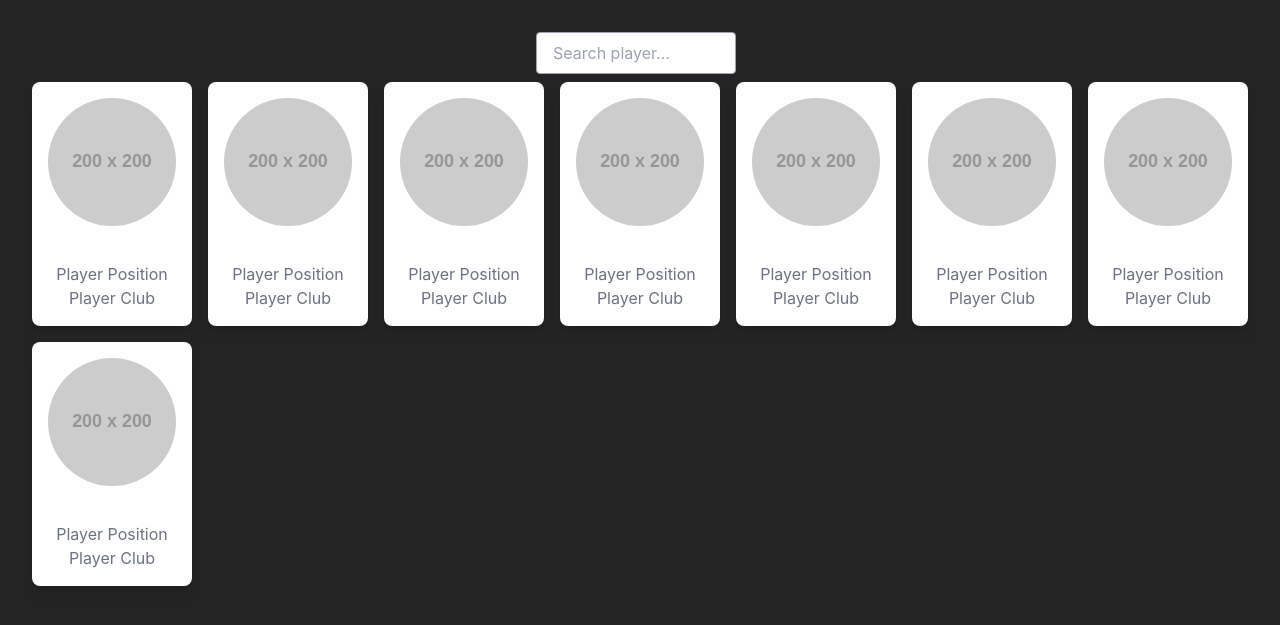
Repository: Hadra92i/movies-search-app
Page: /
An editor plug-in stored every save of this project. The page is shown before and after the next save, followed by the edit.
The browser window is 1280 px wide. The pictures show the whole page.
The project was rebuilt for these pictures with package versions that can differ from the ones it lists, and the page was loaded fresh each time. Also part of the build but not shown: vite.config.js.

Above is the page before, as saved 2023-11-01 12:00:41.

### index.html
<!doctype html>
<html lang="en">
  <head>
    <meta charset="UTF-8" />
    <link rel="icon" type="image/svg+xml" href="/vite.svg" />
    <meta name="viewport" content="width=device-width, initial-scale=1.0" />
    <title>Players SearchApp</title>
  </head>
  <body>
    <div id="root"></div>
    <script type="module" src="/src/main.jsx"></script>
  </body>
</html>

### src/main.jsx
import ReactDOM from 'react-dom/client'
import App from './App.jsx'
import './index.css'
import { Provider } from 'react-redux'
import { store } from './redux/store.js'

ReactDOM.createRoot(document.getElementById('root')).render(
  <Provider store={store}>
    <App />
  </Provider>,
)

### src/App.jsx

import './App.css'
import Players from './components/player/Players'

function App() {

  return (
    <>
      <Players/>
    </>
  )
}

export default App

### src/index.css
:root {
  font-family: Inter, system-ui, Avenir, Helvetica, Arial, sans-serif;
  line-height: 1.5;
  font-weight: 400;

  color-scheme: light dark;
  color: rgba(255, 255, 255, 0.87);
  background-color: #242424;

  font-synthesis: none;
  text-rendering: optimizeLegibility;
  -webkit-font-smoothing: antialiased;
  -moz-osx-font-smoothing: grayscale;
  -webkit-text-size-adjust: 100%;
}

@tailwind base;
@tailwind components;
@tailwind utilities;

### src/redux/store.js
import { configureStore } from "@reduxjs/toolkit";
import playerReducer from "./features/playerSlice";

export const store = configureStore({
    reducer: {
        player: playerReducer,
    },
    devTools: true,
});

### src/components/player/Players.jsx
// eslint-disable-next-line no-unused-vars
import React,{useState} from "react";
import PlayerCard from "./PlayerCard";

const Players = () => {
    const playersData = [
        { name: "John", age: 25, cardPlayer: true, id: 1 },
        { name: "Jane", age: 30, cardPlayer: false, id: 2 },
        { name: "Bob", age: 20, cardPlayer: true, id: 3 },
        { name: "Mary", age: 27, cardPlayer: false, id: 4 },
        { name: "John", age: 25, cardPlayer: true, id: 5 },
        { name: "Jane", age: 30, cardPlayer: false, id: 6 },
        { name: "Bob", age: 20, cardPlayer: true, id: 7 },
        { name: "Mary", age: 27, cardPlayer: false, id: 8 }
    ];

    // eslint-disable-next-line no-unused-vars
    const [players, setPlayers] = useState(playersData);
    const [searchTerm, setSearchTerm] = useState("");

    const handleSearch = (event) => {
        setSearchTerm(event.target.value);
    };

    const filteredPlayers = players.filter((player) => {
        return player.name.toLowerCase().includes(searchTerm.toLowerCase());
    });

    return (
        <>
            <div className="flex justify-center items-center">
                <input
                    type="text"
                    placeholder="Search player..."
                    value={searchTerm}
                    onChange={handleSearch}
                    className="border border-gray-400 rounded py-2 px-4 mr-2 w-[200px]"
                />
            </div>
            <div className="flex justify-between items-center flex-wrap">
                {filteredPlayers.map((player) => {
                    return (
                        <PlayerCard
                            key={player.id}
                            name={player.name}
                            age={player.age}
                        />
                    );
                })}
            </div>
        </>
    );
};

export default Players;

### src/redux/features/playerSlice.js
import { createAsyncThunk, createSlice } from "@reduxjs/toolkit";
import PlayerService from "../../services/playerService";

const initialState = [];

export const getAllPlayers = createAsyncThunk(
    "players/getAllPlayers",
    async () => {
        const response = await PlayerService.getAllPlayers();
        return response.data;
    }
);

export const playerSlice = createSlice({
    name: "player",
    initialState,
    reducers: {},
    extraReducers: {
        [getAllPlayers.fulfilled]: (state, action) => {
            return [...action.payload];
        },
    },
});

export default playerSlice.reducer;

### src/components/player/PlayerCard.jsx
// eslint-disable-next-line no-unused-vars
import React from "react";

const PlayerCard = () => {
    return (
        <div className="bg-white rounded-lg shadow-lg p-4 my-2">
            <img
                className="w-32 h-32 rounded-full mx-auto"
                src="https://via.placeholder.com/200"
                alt="Player Avatar"
            />
            <div className="text-center mt-2">
                <h3 className="text-lg font-medium">Player Name</h3>
                <p className="text-gray-500">Player Position</p>
                <p className="text-gray-500">Player Club</p>
            </div>
        </div>
    );
};

export default PlayerCard;

### src/services/playerService.js
// eslint-disable-next-line no-unused-vars
import axiosObj from "../http-common";

const getAllPlayers = () => {
    return axiosObj.get("/players");
};

const PlayerService = {
    getAllPlayers,
};

export default PlayerService;

### src/http-common.js
import axios from "axios";

const API_KEY = "9d2758a612msh2661c98a1972a2cp155232jsn62f754d1238a";
const BASE_URL = "https://api-football-v1.p.rapidapi.com/v3";

const axiosObj = axios.create({
    baseURL: BASE_URL,
    headers: {
        "x-rapidapi-key": API_KEY,
        "x-rapidapi-host": "api-football-v1.p.rapidapi.com",
    },
});

export default axiosObj;

Loaded but not shown: src/App.css (common file); tailwind.config.js (common file)

After the next save:
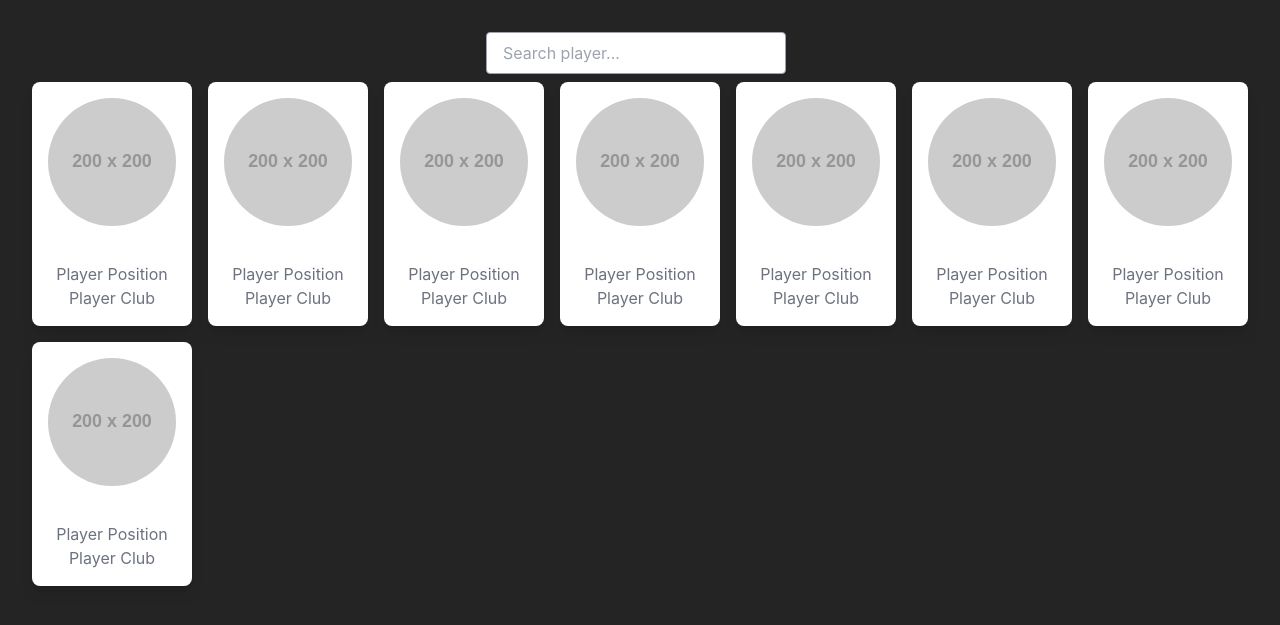
Saved 4 s later.
--- a/src/components/player/Players.jsx
+++ b/src/components/player/Players.jsx
@@ -34,7 +34,7 @@ const Players = () => {
                     placeholder="Search player..."
                     value={searchTerm}
                     onChange={handleSearch}
-                    className="border border-gray-400 rounded py-2 px-4 mr-2 w-[200px]"
+                    className="border border-gray-400 rounded py-2 px-4 mr-2 w-[300px]"
                 />
             </div>
             <div className="flex justify-between items-center flex-wrap">
